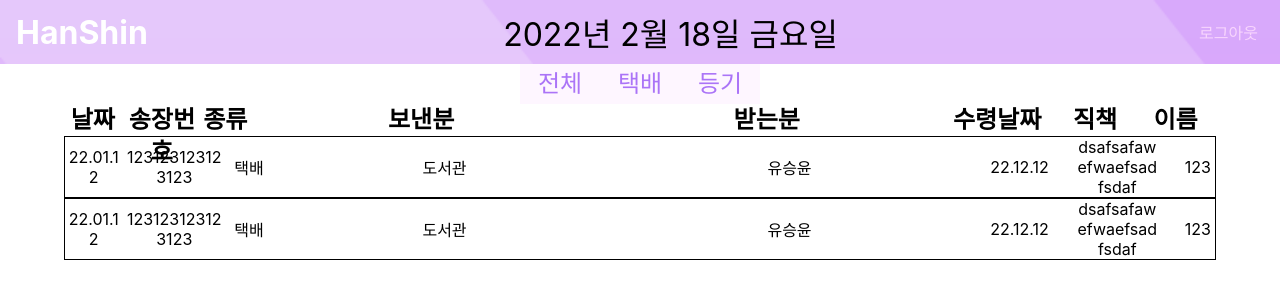
Repository: SeungYn/hanshinClient
Page: /
An editor plug-in stored every save of this project. The page is shown before and after the next save, followed by the edit.
The browser window is 1280 px wide. The pictures show the whole page.
The project was rebuilt for these pictures with package versions that can differ from the ones it lists, and the page was loaded fresh each time. Also part of the build but not shown: src/App.css, src/addboxs/addBoxs.jsx.

Above is the page before, as saved 2022-02-20 12:26:17.

After the next save:
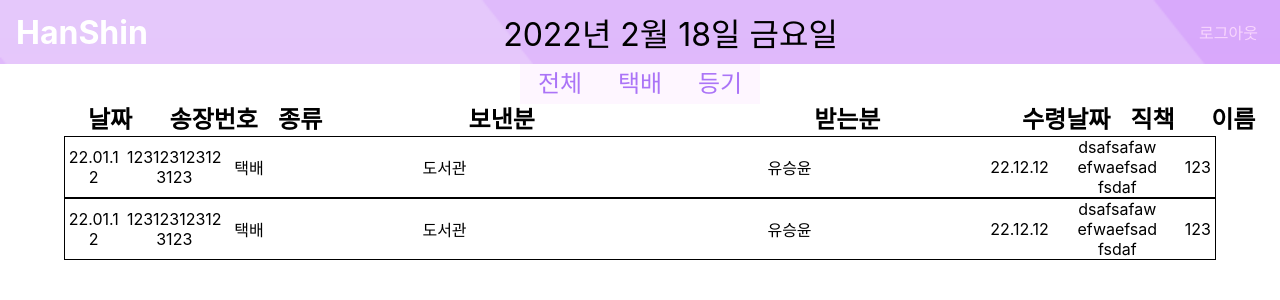
Saved 2 min 51 s later.
--- a/src/components/package/package.module.css
+++ b/src/components/package/package.module.css
@@ -36,7 +36,7 @@
 
 .items {
   display: grid;
-  grid-template-columns: 5% 7% 4% 30% 30% 10% 7% 7%;
+  grid-template-columns: 8% 10% 5% 30% 30% 8% 7% 7%;
   height: 2rem;
 }
 
